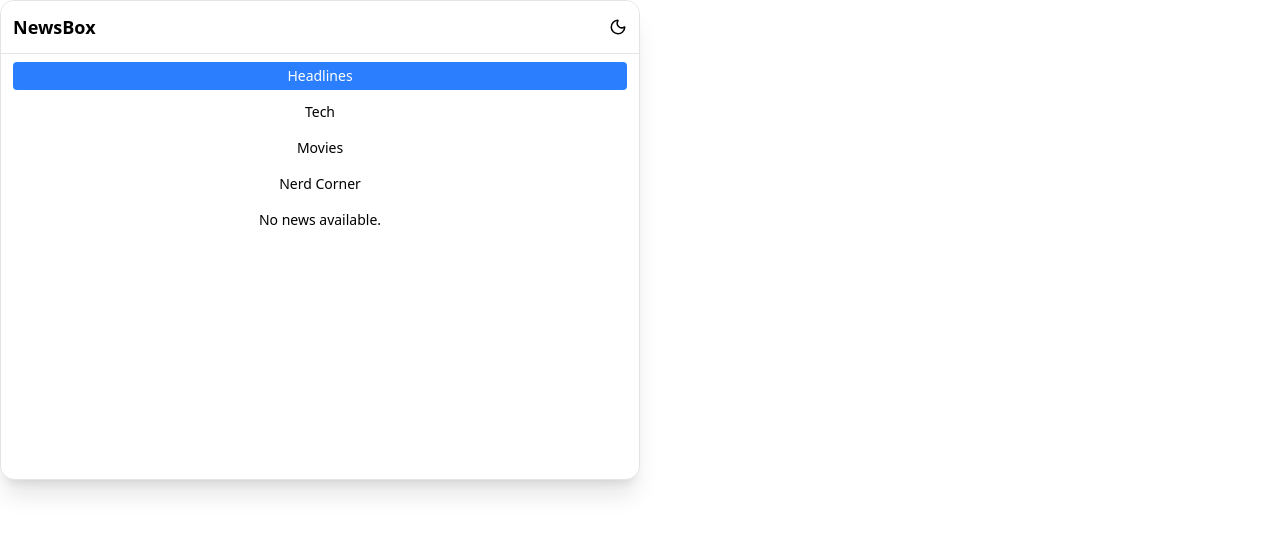
Repository: Bhuvi888/newsbox-extension
Page: /
An editor plug-in stored every save of this project. The page is shown before and after a run of saves, followed by the edit.
The browser window is 1280 px wide. The pictures show the whole page.
The page's requests for data from a server got no answer. The project was rebuilt for these pictures with package versions that can differ from the ones it lists, and the page was loaded fresh each time. No one was signed in, and anything a server would have sent is missing. Also part of the build but not shown: vite.config.ts. Imported but missing from the stored project, and not drawn on this page: src/components/ui/card.

Above is the page before, as saved 2025-05-29 12:58:43.

After the next 2 saves:
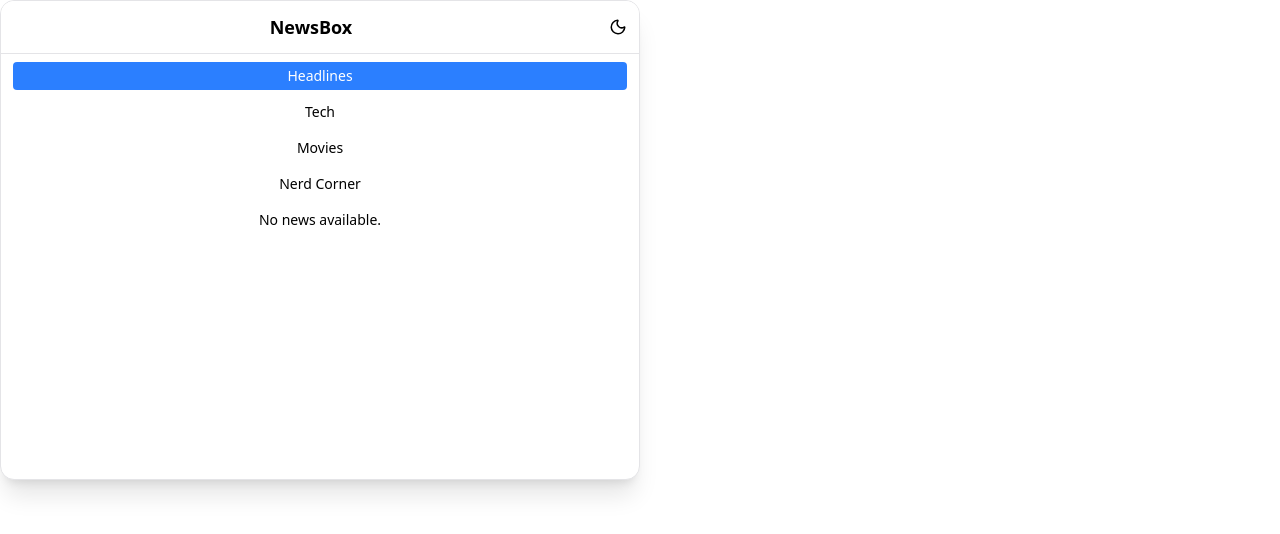
The 2 saves are shown as one change because they came seconds apart.
The last was saved 10 s later.
--- a/src/popup/App.tsx
+++ b/src/popup/App.tsx
@@ -56,7 +56,9 @@ export default function App() {
       className={`w-[640px] h-[480px] overflow-y-auto rounded-xl shadow-xl border transition-colors duration-300 ${darkMode ? "bg-gray-900 text-white" : "bg-white text-black"}`}
     >
       <header className="sticky top-0 z-10 bg-inherit flex items-center justify-between p-3 border-b backdrop-blur-md">
+        <img
 
+        />
         <h1 className="text-lg font-bold font-anime">NewsBox</h1>
         <button onClick={() => setDarkMode(!darkMode)}>
           {darkMode ? <Sun size={18} /> : <Moon size={18} />}
